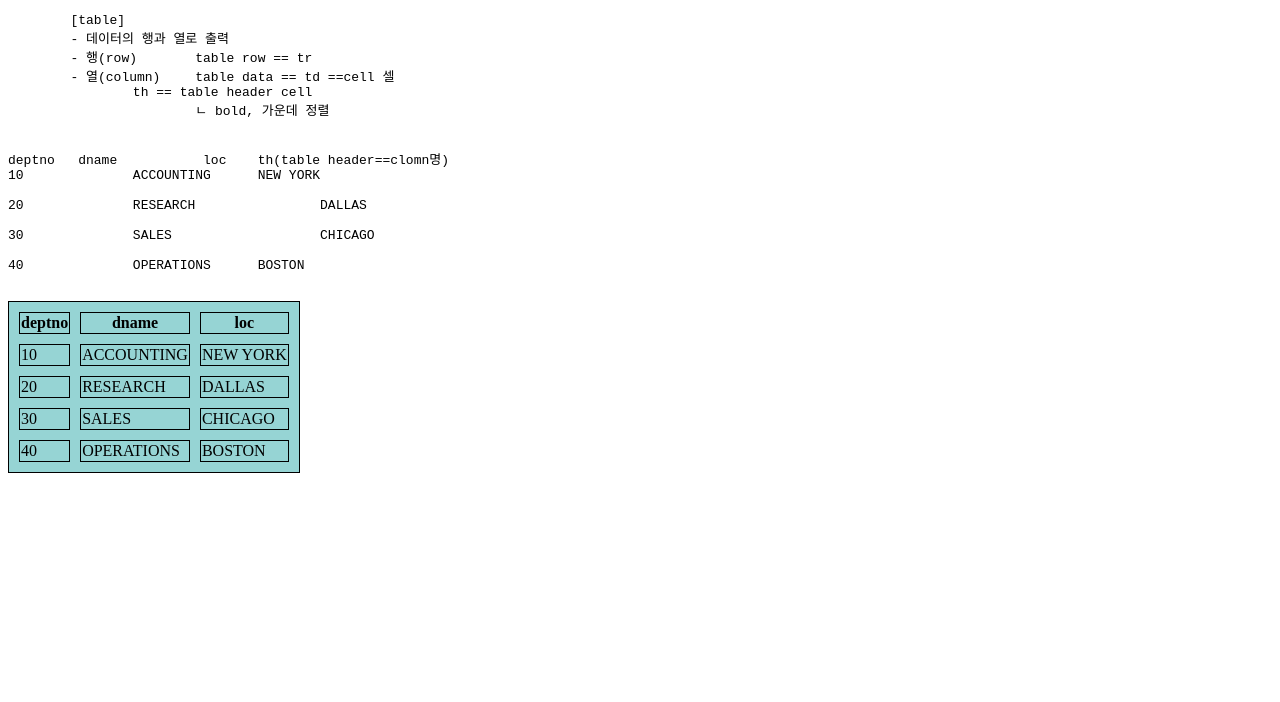
Repository: donggri1/WORKSPACE
Page: WebClass/webPro/src/main/webapp/html/days03/ex07.html
The author's editor kept a copy of each file at every save. The page is drawn from the files as they stood at one save, then again after the next save.
The browser window is 1280 px wide. The pictures show the whole page.

Above is the page before, as saved 2024-03-26 03:34:53.

### WebClass/webPro/src/main/webapp/html/days03/ex07.html
<!DOCTYPE html>
<html>
<head>
<meta charset="UTF-8">
<title>Insert title here</title>
<link rel="shortcut icon" type="image/x-icon" href="http://localhost/webPro/images/SiSt.ico">
<style>
	table, th,td{
		border: solid 1px black;

	}
	table{
		background-color: #96D4D4;
	}
</style>
</head>
<body>
<pre>
	[table]
	- 데이터의 행과 열로 출력
	- 행(row)	table row == tr
	- 열(column)	table data == td ==cell 셀
		th == table header cell
			ㄴ bold, 가운데 정렬


deptno   dname           loc	th(table header==clomn명)
10		ACCOUNTING   	NEW YORK<br>
20		RESEARCH   		DALLAS<br>
30 		SALES   		CHICAGO<br>
40		OPERATIONS  	BOSTON<br>
</pre>


<table cellspacing="10px" >
 <tr>
  <th >deptno</th>
  <th >dname</th>
  <th >loc</th>
 </tr>

 <tr>
 	<td>10</td>
 	<td>ACCOUNTING</td>
 	<td>NEW YORK</td>
 </tr>
  <tr>
 	<td>20</td>
 	<td>RESEARCH</td>
 	<td>DALLAS</td>
 </tr>
  <tr>
 	<td>30</td>
 	<td>SALES</td>
 	<td>CHICAGO</td>
 </tr>
  <tr>
 	<td>40</td>
 	<td>OPERATIONS</td>
 	<td>BOSTON</td>
 </tr>
</table>


<!-- <table border="2" width=""> -->
<!-- <table border="2" style="width:100%">
 <tr>
  <th width="20%">deptno</th>
  <th width="50%">dname</th>
  <th width="30%">loc</th>
 </tr>

 <tr>
 	<td>10</td>
 	<td>ACCOUNTING</td>
 	<td>NEW YORK</td>
 </tr>
  <tr>
 	<td>20</td>
 	<td>RESEARCH</td>
 	<td>DALLAS</td>
 </tr>
  <tr>
 	<td>30</td>
 	<td>SALES</td>
 	<td>CHICAGO</td>
 </tr>
  <tr>
 	<td>40</td>
 	<td>OPERATIONS</td>
 	<td>BOSTON</td>
 </tr>
</table> -->





</body>
</html>

After the next save:
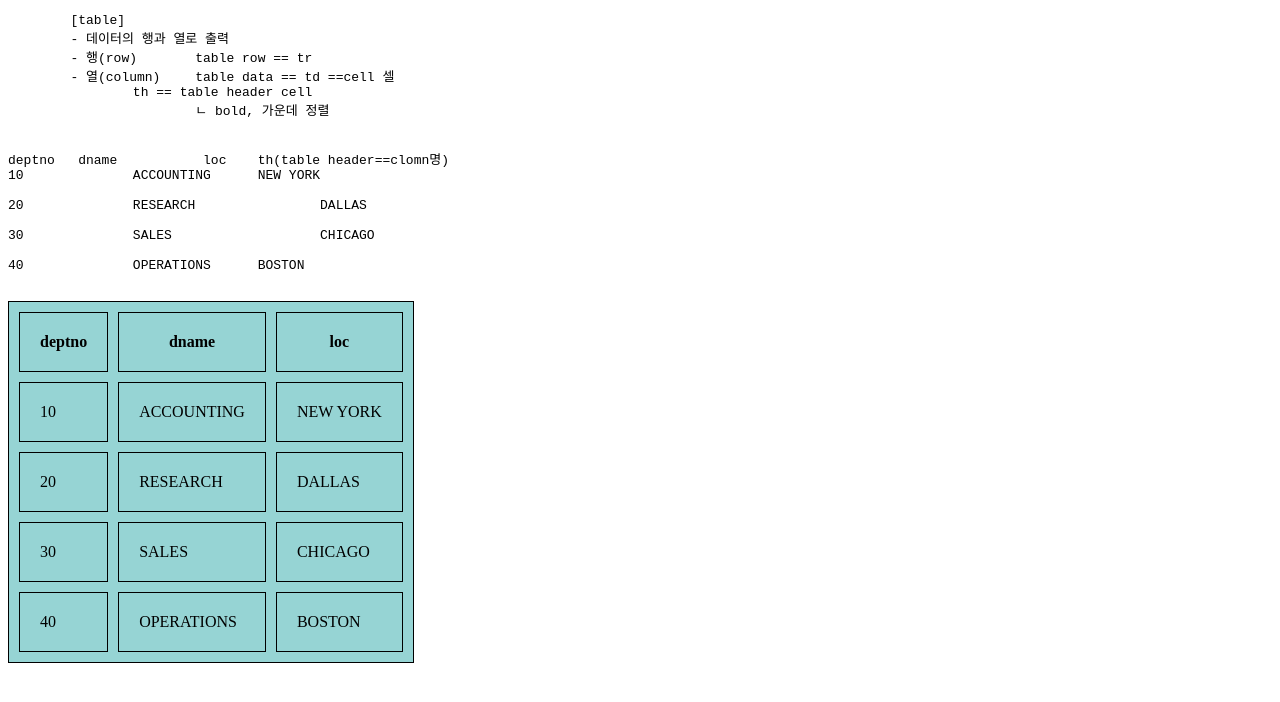
Saved 24 s later.
--- a/WebClass/webPro/src/main/webapp/html/days03/ex07.html
+++ b/WebClass/webPro/src/main/webapp/html/days03/ex07.html
@@ -32,7 +32,7 @@ deptno   dname           loc	th(table header==clomn명)
 </pre>
 
 
-<table cellspacing="10px" >
+<table cellspacing="10px" cellpadding = "20px" >
  <tr>
   <th >deptno</th>
   <th >dname</th>
